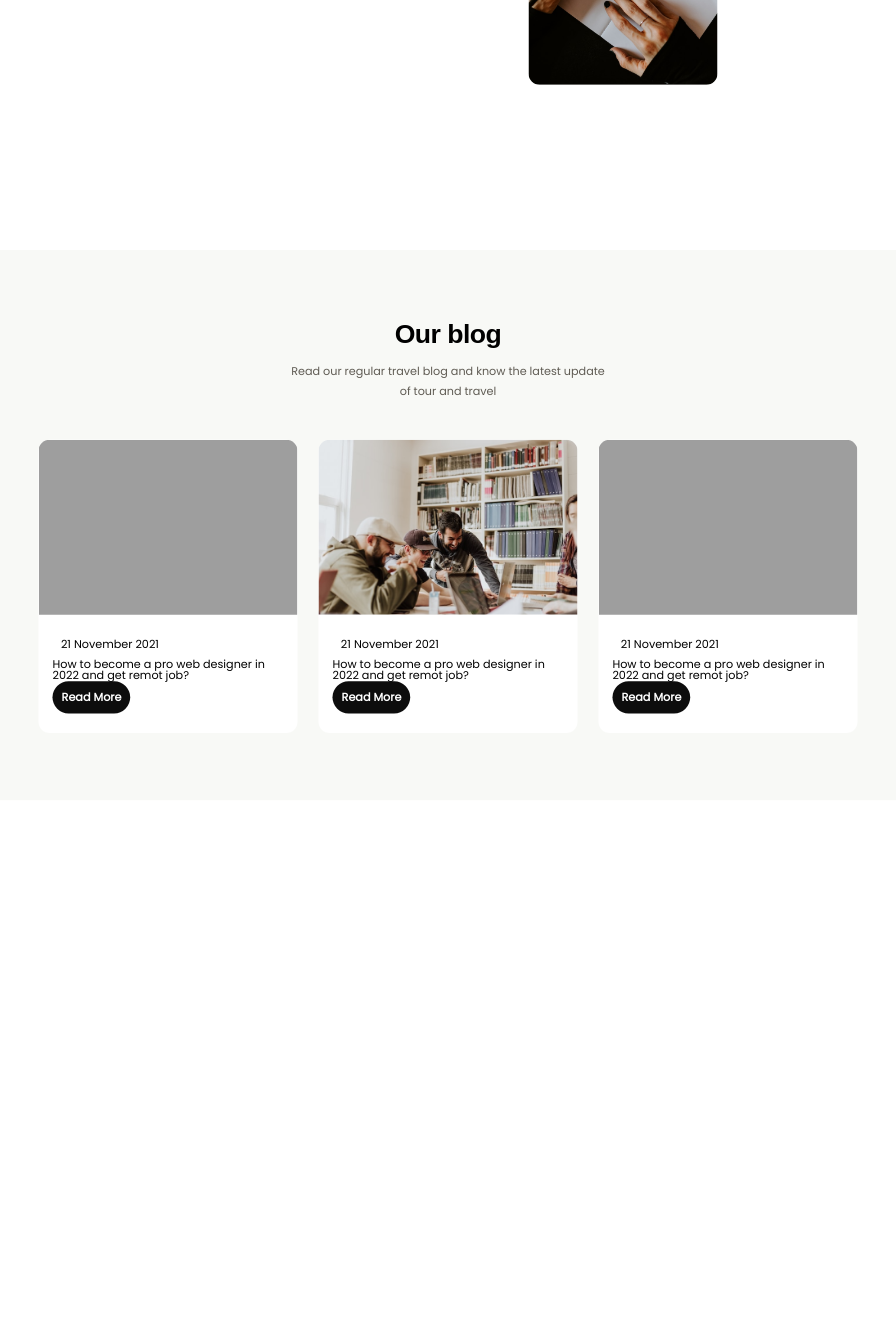
Repository: nguyendonghieu1011-png/figma-to-html1
Page: index.html
An editor plug-in stored every save of this project. The page is shown before and after the next save, followed by the edit.
The browser window is 1280 px wide. The pictures show the part of the page from y = 3453 to 5373 px (the page is 10000 px tall), at 70% of full size.
Pictures or frames that could not be fetched are drawn as grey boxes. A picture or video elsewhere on the page could not be fetched, so the positions and the page height are approximate. Some web fonts or font styles are not loaded; a fallback is used. Some web libraries are served in a nearby version.

Above is the page before, as saved 2026-01-06 18:25:57.

### index.html
<!DOCTYPE html>
<html lang="en">
<head>
  <meta charset="UTF-8">
  <meta name="viewport" content="width=device-width, initial-scale=1.0">
  <link rel="stylesheet" href="https://cdnjs.cloudflare.com/ajax/libs/font-awesome/7.0.1/css/all.min.css" integrity="sha512-2SwdPD6INVrV/lHTZbO2nodKhrnDdJK9/kg2XD1r9uGqPo1cUbujc+IYdlYdEErWNu69gVcYgdxlmVmzTWnetw==" crossorigin="anonymous" referrerpolicy="no-referrer" />
  <link rel="stylesheet" href="./assets/css/reset.css">
  <link rel="preconnect" href="https://fonts.googleapis.com">
  <link rel="preconnect" href="https://fonts.gstatic.com" crossorigin>
  <link href="https://fonts.googleapis.com/css2?family=Pacifico&family=Poppins:wght@200;300;400&family=Roboto:ital,wght@0,100..900;1,100..900&family=Sekuya&display=swap" rel="stylesheet">
  <link rel="stylesheet" href="./assets/css/style.css">
  <title>Project</title>
</head>

<body>
  <header class="header fixed">
    <div class="main content">
      <div class="body">

        <h1>TangSan</h1>

        <nav class="nav">
          <ul>
            <li class="active"><a href="#!">Home</a></li>
            <li><a href="#!">Courses</a></li>
            <li><a href="#!">Pricing</a></li>
            <li><a href="#!">Reviews</a></li>
          </ul>
        </nav>

        <div class="action">
          <a href="" class="btn btn-sign-up">Sign Up</a>
        </div>
      </div>
    </div>
  </header>

  <!-- main -->
   <main class="main">
    <div class="hero">
      <div class="main content">
        <div class="body">
          <!-- left -->
          <div class="media-block">
            <img class="img" src="./assets/img/hero-img.jpg" alt="" >

            <div class="hero-summary">
              <!-- item1 -->
              <div class="item">
                <div class="icon">
                  <img class="icon-design dev" src="./assets/icon/des.svg" alt="Design">
                </div>

                <div class="info">
                  <p class="label">20 Courrses</p>
                  <p class="title">UI/UX Design</p>
                </div>
              </div>
              <!-- item2 -->
               <div class="item">
                <div class="icon">
                  <img class="icon-design" src="./assets/icon/dev.svg" alt="">
                </div>

                <div class="info">
                  <p class="label">20 Courrses</p>
                  <p class="title">Development</p>
                </div>
              </div>
              <!-- item3 -->
               <div class="item">
                <div class="icon">
                  <img class="icon-design" src="./assets/icon/marketing.svg" alt="">
                </div>

                <div class="info">
                  <p class="label">30 Courrses</p>
                  <p class="title">Marketing</p>
                </div>
              </div>
            </div>

            </div>
          <!-- right -->
           <div class="content-block">
              <h1 class="heading">Learn without limits and spread knowledge.</h1>
              <p class="desc">
                Lorem ipsum dolor sit amet consectetur adipisicing elit. Illum tenetur minima,
                est voluptas eaque aspernatur aperiam hic.
                Necessitatibus, doloremque architecto.
              </p>

              <div class="cta-group">
                <a class="btn hero-cta" href="#!">See Courses</a>
                <button class="watch-video">
                  <div class="icon">
                    <img class="icon-play" src="./assets/icon/play.svg" alt="">
                  </div>
                  <span>Watch Video</span>
                </button>
              </div>

              <p class="desc desc-recent">Recent eagement</p>
              <p class="desc stats">
                <strong>50K</strong> Students
                <strong>70+</strong> Courses
              </p>
           </div>

        </div>
      </div>
    </div>
   </main>

   <!-- popular -->
  <div class="popular">
  <div class="main content">
    <div class="popular-top">
      <!-- popular left -->
      <div class="info">
      <h2 class="heading-lv2">Our popular courses</h2>
        <p class="desc">
          Build new skills with new trendy courses and shine for the next future career.
        </p>
      </div>
      <!-- popular right -->
      <div class="controls">
        <button class="control-btn">
          <!-- <img src="./assets/icon/prev.svg" alt=""> -->
          <svg width="8" height="14" viewBox="0 0 8 14" fill="none"
                                xmlns="http://www.w3.org/2000/svg">
                                <path d="M7 1L1 7L7 13" stroke="currentColor" stroke-linecap="round"
                                    stroke-linejoin="round" />
                            </svg>
        </button>
        <button class="control-btn btn1">
          <!-- <img src="./assets/icon/next.svg" alt=""> -->
           <svg width="8" height="14" viewBox="0 0 8 14" fill="none"
                                xmlns="http://www.w3.org/2000/svg">
                                <path d="M1 1L7 7L1 13" stroke="currentColor" stroke-linecap="round"
                                    stroke-linejoin="round" />
                            </svg>
        </button>
      </div>
    </div>

    <!-- COURSE LIST -->
    <div class="course-list">
      <!-- item 1 -->
      <div class="course-item">
        <a href="#!">
          <img src="./assets/img/course-1.jpg" alt="design" class="thumb">
        </a>

        <div class="info">
          <div class="head">
            <h3 class="title"><a href="#!">Basic web design</a></h3>
            <div class="rating">
              <img src="./assets/icon/star.svg" alt="" class="star">
              <span class="value">4.5</span>
            </div>
          </div>

          <p class="desc">
            Get the best course, gain knowledge and shine for your future career.
          </p>

          <div class="foot">
            <span class="price">$120.75</span>
            <button class="btn btn-book">Book Now</button>
          </div>
        </div>
      </div>

      <!-- item 2 -->
            <div class="course-item">
        <a href="#!">
          <img src="./assets/img/course-2.jpg" alt="UI/UX design" class="thumb">
        </a>

        <div class="info">
          <div class="head">
            <h3 class="title"><a href="#!">UI/UX design</a></h3>
            <div class="rating">
              <img src="./assets/icon/star.svg" alt="" class="star">
              <span class="value">4.5</span>
            </div>
          </div>

          <p class="desc">
            Get the best course, gain knowledge and shine for your future career.
          </p>

          <div class="foot">
            <span class="price">$120.75</span>
            <button class="btn btn-book">Book Now</button>
          </div>
        </div>
      </div>

      <!-- item 3 -->
            <div class="course-item">
        <a href="#!">
          <img src="./assets/img/course-3.jpg" alt="web app design" class="thumb">
        </a>

        <div class="info">
          <div class="head">
            <h3 class="title"><a href="#!">Web app design</a></h3>
            <div class="rating">
              <img src="./assets/icon/star.svg" alt="" class="star">
              <span class="value">4.5</span>
            </div>
          </div>

          <p class="desc">
            Get the best course, gain knowledge and shine for your future career.
          </p>

          <div class="foot">
            <span class="price">$120.75</span>
            <button class="btn btn-book">Book Now</button>
          </div>
        </div>
      </div>

    </div>
  </div>
</div>

   <!-- feedback  -->
    <div class="feedback">
      <div class="main content">
        <div class="feedback-list">

          <!-- item 1 -->
           <div class="feedback-item">
            <!-- khối left -->
             <div class="info">
              <img src="./assets/img/donghieu.jpg" alt="depzai" class="avatar">
              <p class="member-name">Dong Hieu</p>
              <p class="desc">Student of web Design</p>
              <div class="dots">
                <span class="dot active"></span>
                <span class="dot"></span>
                <span class="dot"></span>
              </div>
             </div>
            <!-- khối right -->
             <div class="content">
              <img src="./assets/icon/open-quote.svg" alt="" class="open-quoies">
              <blockquote>Not only does my resume look impressive—filled with
                the names and logos of world-class institutions—but these
                certificates also bring me closer to my career goals by
                validating the skills I've learned. DepZai"
              </blockquote>
             </div>
          </div>

        </div>
      </div>
    </div>

   <!-- features 1 -->
     <div class="features">
      <div class="main content">
        <div class="body">
          <div class="imges">
            <img class="lower" src="./assets/img/olena-bohovyk.jpg" alt="">
            <img src="./assets/img/learn2.jpg" alt="">
          </div>
          <div class="content-text">
            <h2 class="heading-lv2">Learner outcomes through our awesome platform</h2>
            <p class="desc">87% of people learning for professional development report career benefits like getting a promotion, a raise, or starting a new career.</p>
            <p class="desc">Lesson Impact Report (2022)</p>
            <a class="btn cta-btn" href="#!">Sign Up</a>
          </div>
        </div>
      </div>
     </div>

   <!-- features 2 -->
     <div class="features features-2">
      <div class="main content">
        <div class="body">
          <div class="content-text-2">
            <h2 class="heading-lv2">Take the next step toward your personal and professional goals with Lesson.</h2>
            <p class="desc">Take the next step toward. Join now to receive personalized and more recommendations from the full Coursera catalog.</p>
            <a class="btn cta-btn" href="#!">Join Now</a>
          </div>

          <div class="imges imges-2">
            <img src="./assets/img/learn2.jpg" alt="">
          </div>
        </div>
      </div>
     </div>

   <!-- Blog -->
    <div class="blog">
      <div class="main content">
        <div class="blog-top">
          <h2 class="heading-lv2">Our blog</h2>
          <p class="desc">Read our regular travel blog and know the latest update of tour and travel</p>
        </div>

          <div class="blog-list">
            <!-- item 1 -->
            <div class="item">
              <a href="#!"><img  class="thumb" src="./assets/img/blog1.jpg" alt=""></a>

              <div class="info">
                <p class="date">21 November 2021</p>
                <h3 class="title">How to become a pro web designer in 2022 and get remot job?</h3>
                <a href="#!" class="btn">Read More</a>
              </div>
            </div>

            <!-- item 2 -->
            <div class="item">
              <a href="#!"><img  class="thumb" src="./assets/img/blog2.jpg" alt=""></a>

              <div class="info">
                <p class="date">21 November 2021</p>
                <h3 class="title">How to become a pro web designer in 2022 and get remot job?</h3>
                <a href="#!" class="btn">Read More</a>
              </div>
            </div>

            <!-- item 3 -->
            <div class="item">
              <a href="#!"><img  class="thumb" src="./assets/img/blog3.jpg" alt=""></a>

              <div class="info">
                <p class="date">21 November 2021</p>
                <h3 class="title">How to become a pro web designer in 2022 and get remot job?</h3>
                <a href="#!" class="btn">Read More</a>
              </div>
            </div>

          </div>
      </div>
    </div>
</body>
</html>

### assets/css/style.css
* {
  box-sizing: border-box;
}

:root {
  --font-heading: "Sen", sans-serif;
}

html {
  font-size: 62.5%;
}

body {
  font-size: 1.6rem;
  font-family: "Poppins", sans-serif;
  height: 1000rem;

}

h1 {
  font-weight: 700;
  font-style: italic;
  padding: 5px;
  margin-left: 20px;
  margin-right: 20px;
  letter-spacing: 2px;
}

a {
  text-decoration: none;
}

.heading-lv2 {
  color: black;
  font-family: var(--font-heading);
  font-size: 38px;
  font-weight: 700;
  line-height: 1.27;
  letter-spacing: -0.76px;
}

.header {
  background-color: #f8f9f6;
}

.header.fixed {
  z-index: 1;
  position: sticky;
  top: -28px;
}

.header h1 {
  font-size:2.8rem;
  text-shadow: 3px 0 0 #7b7b7b
}

.btn {
  display: inline-block;
  background-color: #0d0d0d;
  text-align: center;
  color: #fff;
  padding: 8px 13px;
  line-height: 30px;
  border-radius: 999px;
  font-weight: 600;
}

.btn:hover {
  /* background-color: #5b5d54; */
  opacity: 0.9;
  cursor: pointer;
}


.main.content {
  width: 1170px;
  max-width: calc(100% - 48px);
  margin-left: auto;
  margin-right: auto;
}

.header .body {
  display: flex;
  align-items: baseline; /* or center*/
  padding: 36px 0 8px
}

.nav {
  margin-left: auto;
}

.nav ul {
  display: flex;
}

.nav a {
  position: relative;
  color: rgb(100, 95, 95);
  text-align: center;
  padding: 8px 21px;
}

.nav a:hover {
  color:black;
  /* font-weight: 600; */
  /* font-size: 17px; */
  text-shadow: 1px 0 0 currentColor;
}

.header .btn-sign-up {
  min-width: 130px;
}

.header .action {
  margin-left: 50px;
}

.hero {
  padding: 56px 0 65px;
  background-color: #f8f9f6;
}

.hero .body {
  display: flex;
}

.hero .media-block {
  position: relative;
  width: 50%;
}

.hero .content-block {
  width: 52%;
  margin-left: 100px
}

.hero .media-block .img {
  width: 470px;
  height: 685px;
  object-fit: cover;
  border-radius: 20px;
}

.hero .hero-summary {
  position: absolute;
  bottom: 50px;
  right: 0;
  background-color: #fff;
  padding: 30px 60px;
  border-radius: 20px;
}



.hero-summary .info {
  margin-left: 16px;
}


.hero-summary .icon {
  width: 48px;
  height: 48px;
  border-radius: 50%;
  display: flex;
  justify-content: center;
  align-items: center;
  background-color: #fff9e8;
}



.hero-summary .item {
  display: flex;
  align-items: center;
}

.hero-summary .item + .item {
  margin-top: 22px;
}

.hero-summary .label {
  color:#787777;
  font-size: 1.4rem;
  line-height: 186%;
}

.hero-summary .title {
  font-size: 1.8rem;
  font-weight: 600;
  line-height: 30px
}

.hero .content-block {
  width: 52%;
  padding-left: 130px;
}


.hero .heading {
  font-family: var(--font-heading);
  font-size: 58px;
  font-style: normal;
  font-weight: 700;
  line-height: 68px;
  letter-spacing: -1.16px; /*khoảng cách giữa các chữ cái*/

}

.hero .desc {
  margin-top: 20px;
  color: #787777;
  font-size: 1.8rem;
  line-height: 1.67;
}

.hero .cta-group {
  margin-top: 38px;
  display: flex;
}

.hero-cta {
  background-color: #e2d706;
  min-width: 170px;
  line-height: 35px;
  margin-right: 20px;
}

.hero .watch-video {
  border: none;
  display: flex;
  justify-content: center;
  align-items: center;
  background-color: transparent;
  cursor: pointer;
}


.hero-cta:hover {
  background-color: rgb(235, 166, 3);
}

.cta-group span {
  margin-left: 10px;
  font-size: 1.8rem;
  font-weight: 700;
  line-height: 30px;

}

.hero .watch-video .icon {
  display: flex;
  align-items: center;
  justify-content: center;
  width: 40px;
  height: 40px;
  border-radius: 40px;
  background: #fff;
  box-shadow: 0px 8px 16px 0px rgba(0, 0, 0, 0.07);
}



.hero .desc-recent {
  margin-top: 35px;
}

.hero .stats {
  margin-top: 8px;
}

.hero .stats strong {
  margin-right: 15px;
  color: black;
  font-family: var(--font-heading);
  font-size: 44px;
  font-weight: 700;
  line-height: 54px;
}

.hero .stats strong:nth-child(2) {
  margin-left: 28px;
}

/* popular */

.popular {
  padding: 65px 0;
  margin-top: 135px;
}

.popular-top {
  display: flex;
  justify-content: space-between;
  align-items: center;
}

.popular-top .desc{
  margin-top: 16px;
  width: 458px;
  color: #555555;
  font-size: 1.8rem;
  line-height: 1.67;
}

.popular-top .controls {
  display: flex;
  gap: 18px;
}

.popular .control-btn {
  display: flex;
  justify-content: center;
  align-items: center;
  background: transparent;
  width: 40px;
  height: 40px;
  padding: 10px 15px;
  border-radius: 999px;
  color: rgb(235, 166, 3);
  border: 1px solid rgb(235, 166, 3);

}

.popular .control-btn:hover {
  background-color: rgb(235, 166, 3);;
  color: #fff;
   cursor: pointer;
}

.popular .course-list {
  margin-top: 55px;
  display: flex;
  align-items: baseline;
  gap: 30px;
}

.popular .course-item {
  border-radius: 12px;
  border: 1px solid rgb(225, 224, 224);
  background-color: #fff;
}

.popular .course-item:hover {
  border: 1px solid transparent;
  border-radius: 12px;
  background-color: #fff;
  box-shadow: 0px 18px 36px 0px rgba(0, 0, 0, 0.05);
}

.popular .course-item .thumb {
  border-top-left-radius: 12px;
  border-top-right-radius: 12px;
  width: 100%;
  height: 278px;
  object-fit: cover;
}

.popular .course-item .info {
  padding: 16px 22px 22px;
}

.popular .course-item .foot,
.popular .course-item .rating,
.popular .course-item .head {
  display: flex;
  align-items: center;
  justify-content: space-between;
}

.popular .course-item .value {
  margin-left: 6px;
  color: #fea31b;
  font-size: 16px;
  line-height: 28px;
}

.popular .course-item .title a{
  color: #171100;
  font-style: 1.8rem;
  font-weight: 600;
  line-height: 30px;
}

.popular .course-item .desc {
  margin-top: 6px;
  color: #5f5b53;
  font-size: 14px;
  line-height: 26px;
}

.popular .course-item .foot {
  margin-top: 12px;
}

.popular .course-item .price {
  font-style: 1.8rem;
  font-weight: 600;
  line-height: 30px;
}

.popular .course-item .btn-book {
  border: none;
}

.popular .course-item .btn-book:hover {
  background-color:#fea31b;
  /* cursor: pointer */
}

/* feedback */

.feedback {
  margin-top: 135px;
  background-color: #3d2802;
  padding: 96px 0 96px 0;
}

/* .feedback-list {
  display: flex;

} */

.feedback-item {
  display: flex;
  /* justify-content: space-between; */
}

.feedback .info .avatar {
    width: 72px;
    height: 72px;
    border-radius: 50%;
    object-fit: cover;
}

.feedback-item .info .member-name {
  margin-top: 18px;
  font-family: var(--font-heading);
  font-size: 24px;
  font-weight: 700;
  line-height: 34px;
}

.feedback-item .info .desc {
  margin-top: 4px;
  color: #bfbcb2;
  font-style: 1.4rem;
  line-height: 1.86;
}

.feedback-item .dots {
  display: flex;
  margin-top: 28px;
  gap: 6px;
}

.feedback-item .dot {
  width: 6px;
  height: 6px;
  border-radius: 50%;
  background-color: #88580a;
}

.feedback-item .active {
  background-color: #fea31b;
  cursor: pointer;
}

.feedback-item .content {
  width: 66%;
  margin-left: auto;
}

.feedback-item blockquote {
  color: #fff;
  font-size: 26px;
  font-style: italic;
  line-height: 40px;
}

/* features 1 */
.features {
  margin-top: 135px;
  padding: 65px 0;
}

.features .body {
  display: flex;
  justify-content: space-between;
}

.features .imges {
  display: flex;
  gap:  30px;
}

.features .imges img{
  width: 270px;
  height: 404px;
  object-fit: cover;
  border-radius: 16px;
}

.features .lower {
  margin-top: 34px;
}

.features .content-text .desc {
  margin-top: 16px;
  color: #5f5b53;
  font-size: 1.6rem;
  line-height: 1.75;
}

.features .content-text {
  width: 41%;
  display: flex;
  flex-direction: column;
  justify-content: center;
}

.features .cta-btn {
  margin-top: 32px;
  width: 137px;
  height: 50px;
  background-color: #fea31b;
  display: flex;
  justify-content:center;
  align-items: center;
}

.features .imges-2 {
  width: 470px;
  height: 440px;
  object-fit: cover;
  border-radius: 16px;
}

/* features 2 */
.features-2 {
  margin-top: 70px;
}

.features-2 .content-text-2 {
  width: 49%;
}

/* blog */
.blog {
  margin-top: 135px;
  background-color: #f8f9f6;
  padding: 96px 0;
}

.blog .blog-top {
  text-align: center;
}

.blog .blog-top .desc {
  margin: 16px auto 0;
  width: 448px;
  color: #5f5b53;
  font-size: 1.6rem;
  line-height: 1.75
}

.blog .blog-list {
  display: flex;
  gap: 30px;
  margin-top: 55px;
}

.blog-list .item {
  flex-shrink: 0;
  width: calc(33.33% - 20px);
  border-radius: 16px;
  background-color: #fff;
}


.blog-list .item .thumb {
  width: 100%;
  height: 250px;
  object-fit: cover;
  border-radius: 16px 16px 0 0;
}

.blog .item .info {
  padding: 20px 20px 28px;
}

.blog .info .date {
  padding: 12px
}

Loaded but not shown: assets/css/reset.css (common file)

After the next save:
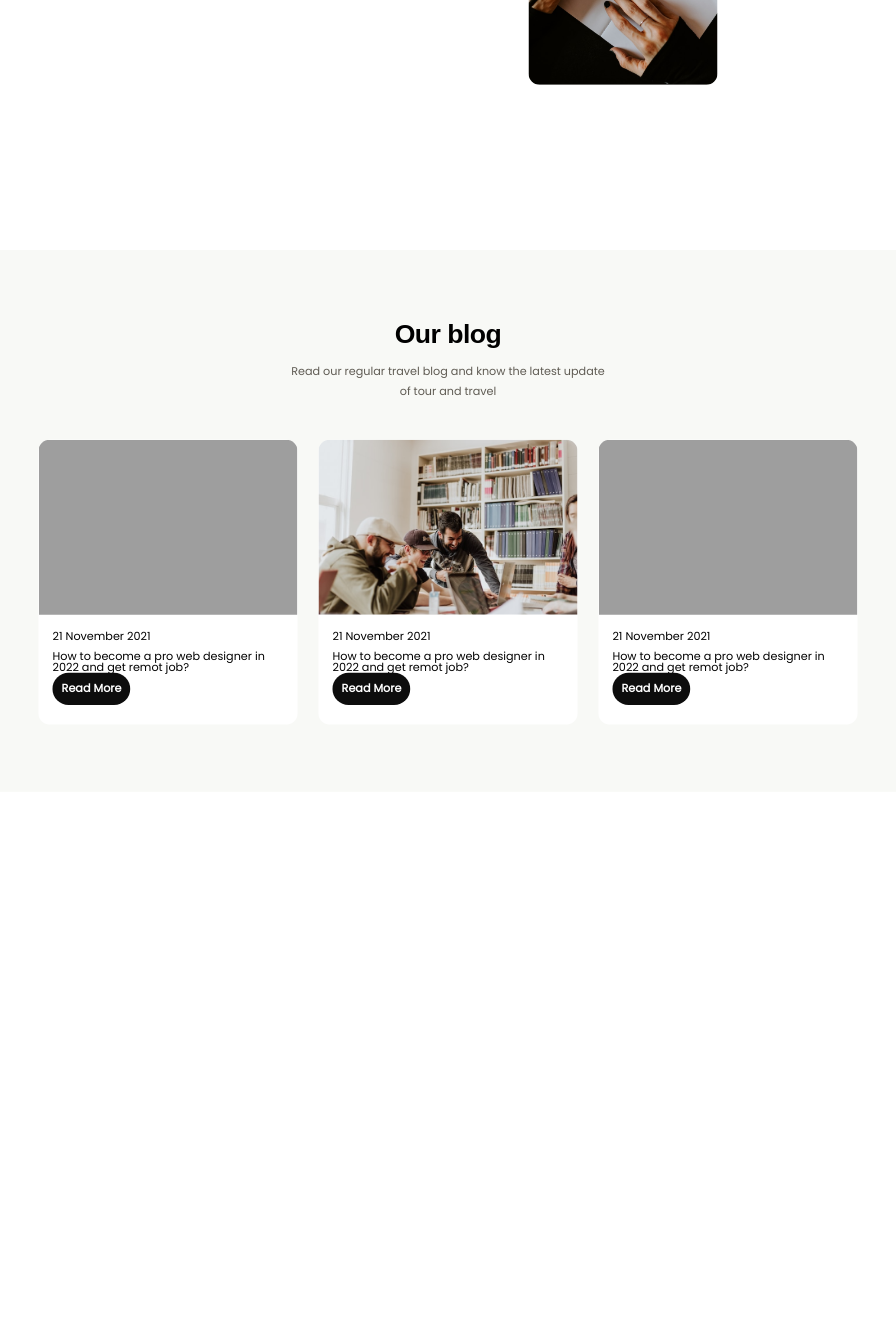
Saved 13 s later.
--- a/assets/css/style.css
+++ b/assets/css/style.css
@@ -589,5 +589,5 @@ a {
 }
 
 .blog .info .date {
-  padding: 12px
-}
+  padding-bottom: 12px
+}
